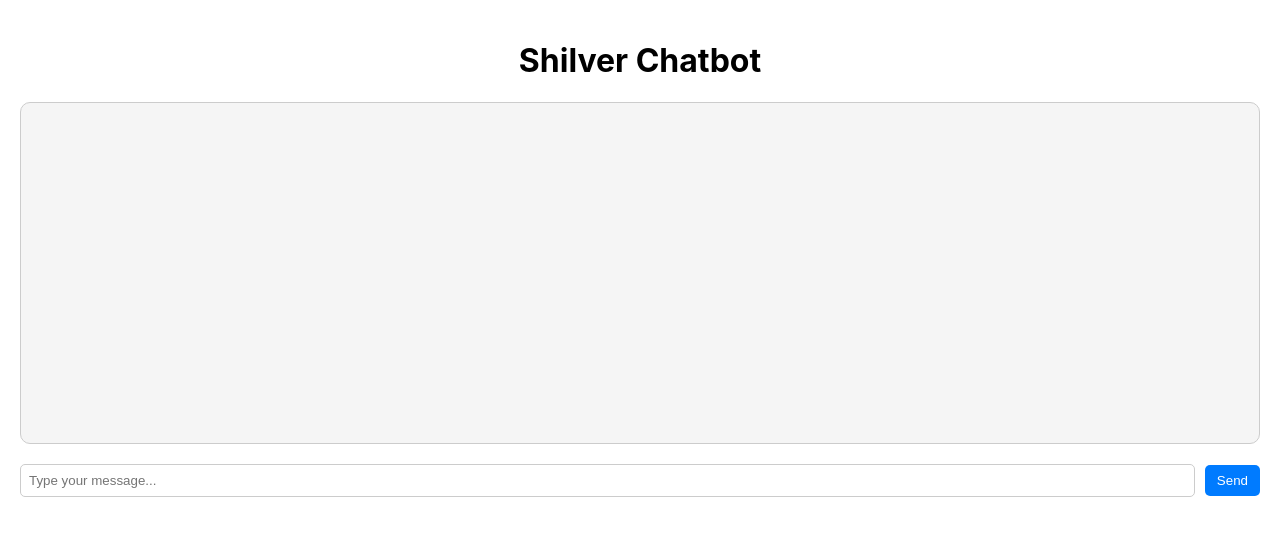
Repository: Rishabh-patidar/Chatbot-Final
Page: / (app in chatbot-ui/)
The author's editor kept a copy of each file at every save. The page is drawn from the files as they stood at one save, then again after a run of saves.
The browser window is 1280 px wide. The pictures show the whole page.
The project was rebuilt for these pictures with package versions that can differ from the ones it lists, and the page was loaded fresh each time.

Above is the page before, as saved 2023-08-09 09:42:31.

### chatbot-ui/src/App.js
import React, { useState } from 'react';
import './App.css';

function App() {
  const [inputText, setInputText] = useState('');
  const [chatHistory, setChatHistory] = useState([]);

  const handleInputChange = (e) => {
    setInputText(e.target.value);
  };

  const handleSend = () => {
    if (inputText.trim() === '') return;

    setChatHistory((prevHistory) => [
      ...prevHistory,
      { text: inputText, isUser: true },
    ]);

    // Send inputText to the backend and get the response from the chatbot
    // Update chatHistory with the chatbot's response

    setInputText('');
  };

  return (
    <div className="App">
      <h1>Shilver Chatbot</h1>
      <div className="chat-container">
        {chatHistory.map((message, index) => (
          <div
            key={index}
            className={`message ${message.isUser ? 'user' : 'bot'}`}
          >
            {message.text}
          </div>
        ))}
      </div>
      <div className="input-container">
        <input
          type="text"
          value={inputText}
          onChange={handleInputChange}
          placeholder="Type your message..."
        />
        <button onClick={handleSend}>Send</button>
      </div>
    </div>
  );
}

export default App;

### chatbot-ui/src/App.css
.App {
  text-align: center;
  padding: 20px;
}

.chat-container {
  display: flex;
  flex-direction: column;
  align-items: flex-start;
  padding: 20px;
  background-color: #f5f5f5;
  border: 1px solid #ccc;
  border-radius: 10px;
  height: 300px;
  overflow-y: auto;
}

.message {
  margin: 5px 0;
  padding: 8px;
  border-radius: 5px;
  max-width: 70%;
}

.user {
  align-self: flex-end;
  background-color: #d0eaff;
}

.bot {
  align-self: flex-start;
  background-color: #e0f7de;
}

.input-container {
  margin-top: 20px;
  display: flex;
  justify-content: center;
  align-items: center;
}

input {
  flex: 1;
  padding: 8px;
  border: 1px solid #ccc;
  border-radius: 5px;
}

button {
  margin-left: 10px;
  padding: 8px 12px;
  background-color: #007bff;
  color: white;
  border: none;
  border-radius: 5px;
  cursor: pointer;
}

button:hover {
  background-color: #0056b3;
}

Loaded but not shown: chatbot-ui/public/index.html (common file); chatbot-ui/src/index.js (common file); chatbot-ui/src/index.css (common file); chatbot-ui/src/reportWebVitals.js (common file)

After the next 2 saves:
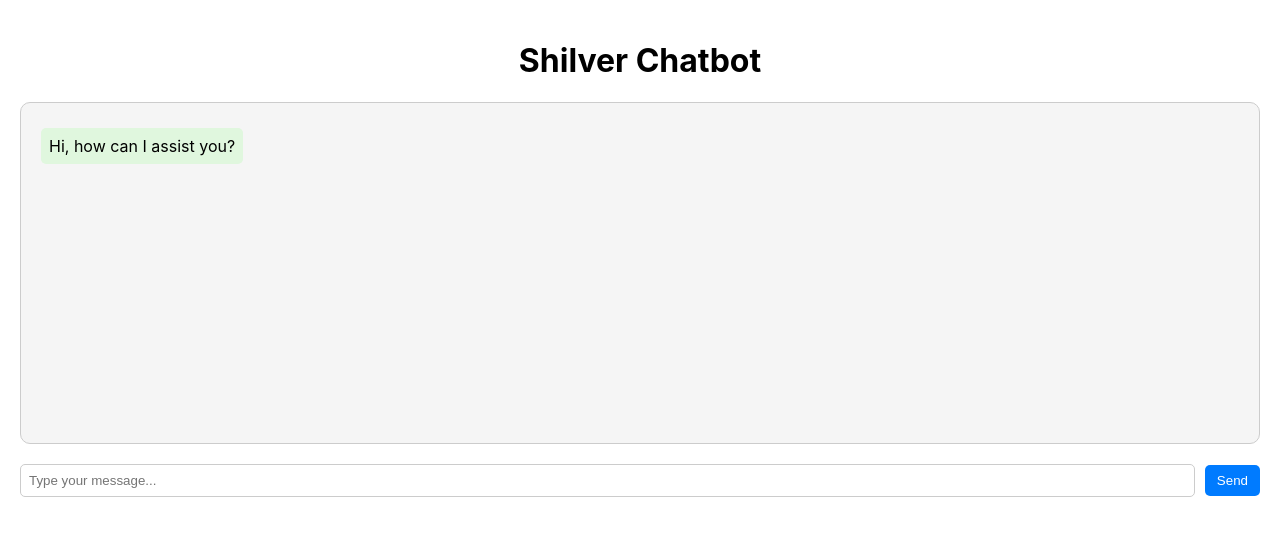
The 2 saves are shown as one change because 1 did not build or start.
The last was saved 3 min 58 s later.
--- a/chatbot-ui/src/App.js
+++ b/chatbot-ui/src/App.js
@@ -1,24 +1,46 @@
-import React, { useState } from 'react';
+import React, { useState, useEffect } from 'react';
 import './App.css';
 
 function App() {
   const [inputText, setInputText] = useState('');
-  const [chatHistory, setChatHistory] = useState([]);
+  const [chatHistory, setChatHistory] = useState([
+    { text: 'Hi, how can I assist you?', isUser: false },
+  ]);
 
   const handleInputChange = (e) => {
     setInputText(e.target.value);
   };
 
-  const handleSend = () => {
+  const handleSend = async () => {
     if (inputText.trim() === '') return;
 
+    // Add user message to chat history
     setChatHistory((prevHistory) => [
       ...prevHistory,
       { text: inputText, isUser: true },
     ]);
 
-    // Send inputText to the backend and get the response from the chatbot
-    // Update chatHistory with the chatbot's response
+    // Send user input to the FastAPI backend
+    try {
+      const response = await fetch('http://localhost:8000/process_input/', {
+        method: 'POST',
+        headers: {
+          'Content-Type': 'application/json',
+        },
+        body: JSON.stringify({ text: inputText }),
+      });
+
+      if (response.ok) {
+        const data = await response.json();
+        // Add bot response to chat history
+        setChatHistory((prevHistory) => [
+          ...prevHistory,
+          { text: data.response, isUser: false },
+        ]);
+      }
+    } catch (error) {
+      console.error('Error:', error);
+    }
 
     setInputText('');
   };
